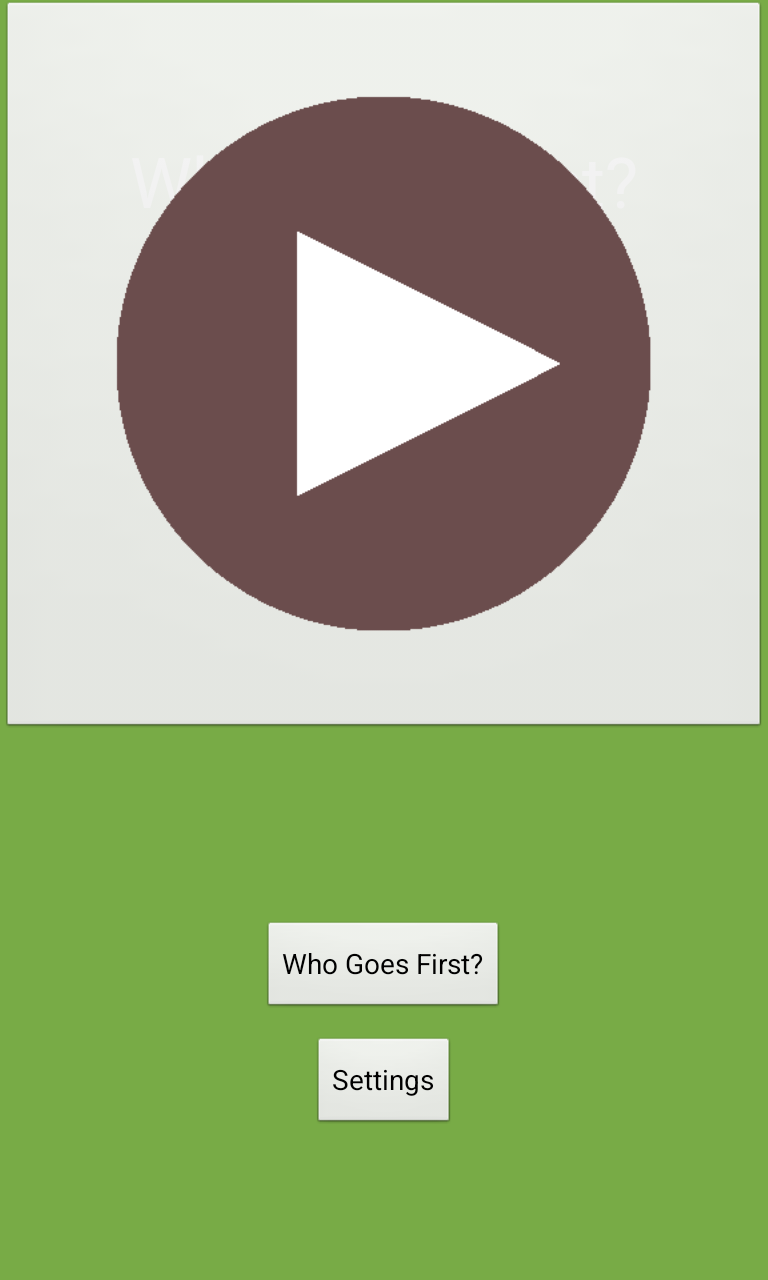
Repository: DarwinLYang/WhoGoesFirstApp
Layout: Who First/WhoFirst/res/layout/fragment_main.xml
An editor plug-in stored every save of this project. The layout is shown before and after the next save, followed by the edit.
It is drawn on a 768 x 1280 px phone screen (xhdpi) without system bars, with theme android:Theme.NoTitleBar.Fullscreen; the app's code is not run.

Above is the layout before, as saved 2014-04-09 21:19:41.

### Who First/WhoFirst/res/layout/fragment_main.xml
<RelativeLayout xmlns:android="http://schemas.android.com/apk/res/android"
    xmlns:tools="http://schemas.android.com/tools"
    android:id="@+id/TitleScreen"
    android:layout_width="match_parent"
    android:layout_height="match_parent"
    android:background="@color/green"
    android:gravity="center_horizontal" >

    <TextView
        android:id="@+id/setttingsTitle"
        android:layout_width="wrap_content"
        android:layout_height="wrap_content"
        android:layout_alignParentTop="true"
        android:layout_centerHorizontal="true"
        android:layout_marginTop="67dp"
        android:text="Who Goes First?"
        android:textAppearance="?android:attr/textAppearanceLarge"
        android:textSize="35sp" />

    <Button
        android:id="@+id/questionButton"
        android:layout_width="wrap_content"
        android:layout_height="wrap_content"
        android:layout_alignParentBottom="true"
        android:layout_centerHorizontal="true"
        android:layout_marginBottom="132dp"
        android:onClick="questionScreen"
        android:text="@string/button_question" />

    <Button
        android:id="@+id/settingsButton"
        android:layout_width="wrap_content"
        android:layout_height="wrap_content"
        android:layout_alignTop="@+id/questionButton"
        android:layout_centerHorizontal="true"
        android:layout_marginTop="58dp"
        android:onClick="settingsScreen"
        android:text="@string/button_setting" />

    <ImageButton
        android:id="@+id/imageButton1"
        android:layout_width="wrap_content"
        android:layout_height="wrap_content"
        android:layout_above="@+id/questionButton"
        android:layout_centerHorizontal="true"
        android:layout_marginBottom="92dp"
        android:src="@drawable/start_button" />

</RelativeLayout>

### Who First/WhoFirst/res/values/strings.xml
<?xml version="1.0" encoding="utf-8"?>
<resources>

    <string name="app_name">Who Goes First</string>
    <string name="button_question">Who Goes First?</string>
    <string name="button_setting">Settings</string>
    <string name="button_next_question">Give me another</string>
    <string name="action_settings">Settings</string>
    <string name="title_activity_main">MainActivity</string>
    <string name="title_activity_question">QuestionActivity</string>
    <string name="title_activity_settings">SettingsActivity</string>
    <string name="text_question_title">Question</string>
    <string name="text_default_question">Default Question</string>

    <color name="green">#78AB46</color>
    <color name="blue">#43BFC7</color>
    <color name="red">#E77471</color>

</resources>

After the next save:
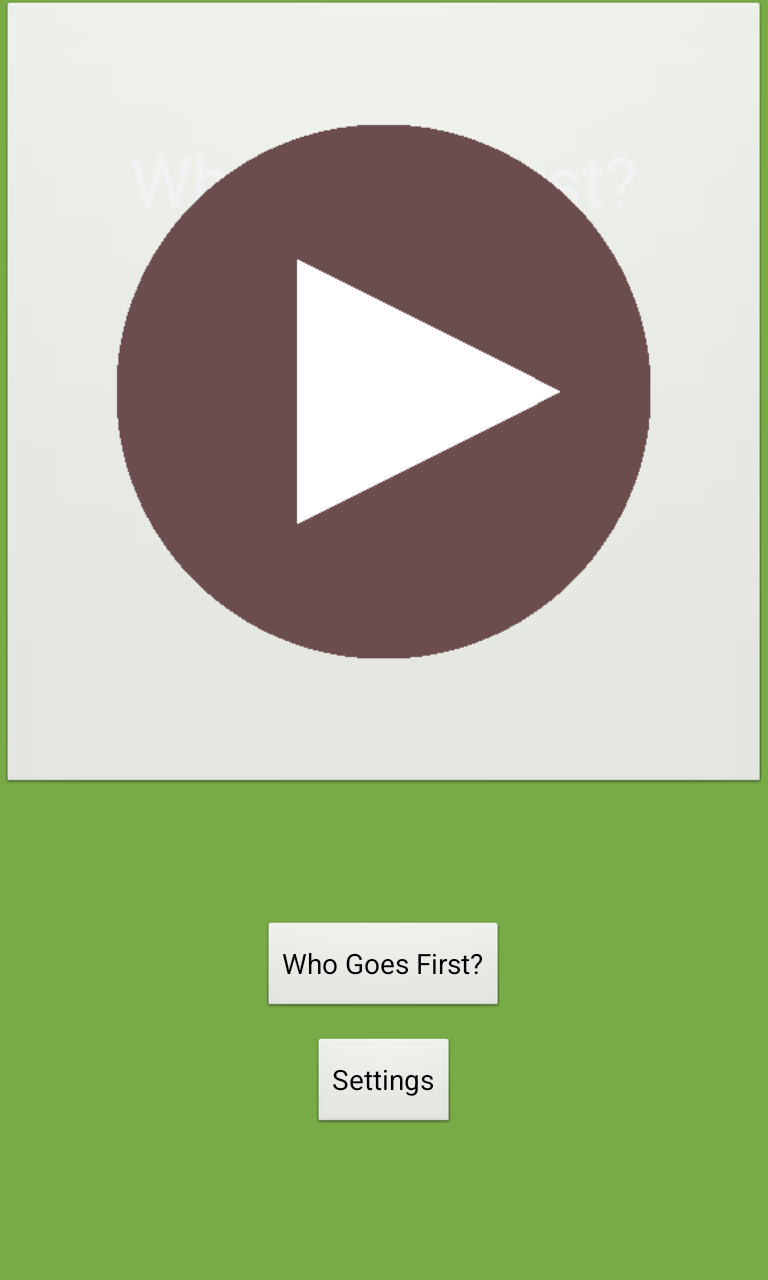
Saved 110 s later.
--- a/Who First/WhoFirst/res/layout/fragment_main.xml
+++ b/Who First/WhoFirst/res/layout/fragment_main.xml
@@ -41,9 +41,7 @@
         android:id="@+id/imageButton1"
         android:layout_width="wrap_content"
         android:layout_height="wrap_content"
-        android:layout_above="@+id/questionButton"
-        android:layout_centerHorizontal="true"
-        android:layout_marginBottom="92dp"
+        android:layout_alignParentLeft="true"
         android:src="@drawable/start_button" />
 
 </RelativeLayout>
